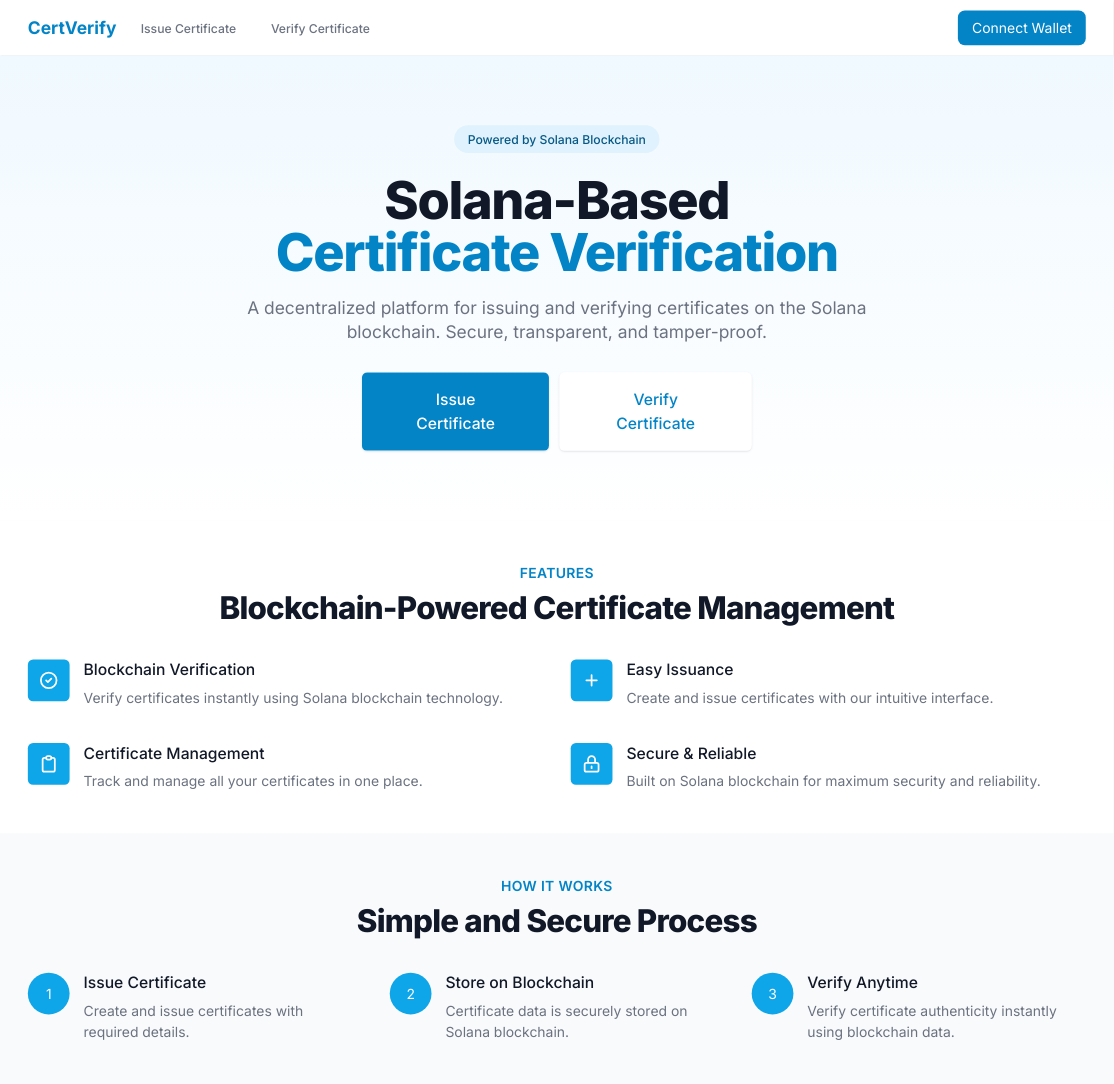
Repository: Cheeyan902/FYP-WebApp
Page: /
These files come from the project's save history. The page is drawn as it stood at one moment and after a run of saves; the edit follows.
The browser window is 1280 px wide. The pictures show the whole page, at 87% of full size.
The project was rebuilt for these pictures with package versions that can differ from the ones it lists, and the page was loaded fresh each time. The framework's server and built-in components were replaced by stand-ins that run in the browser. Also part of the build but not shown: next.config.js.

Above is the page before, as saved 2025-04-02 17:37:35.

After the next 2 saves:
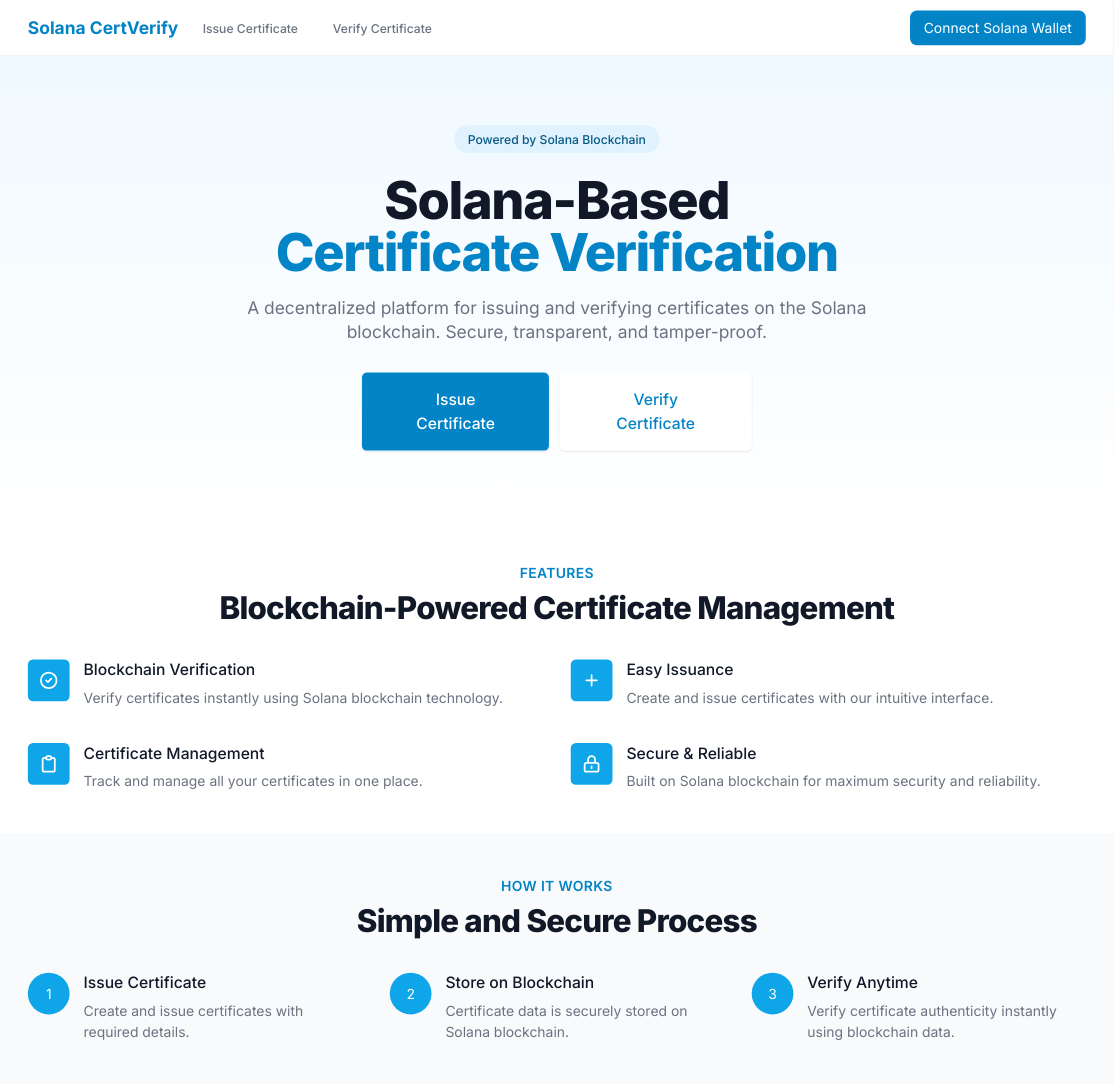
The 2 saves are shown as one change because they came seconds apart.
The last was saved 26 s later.
--- a/app/components/Navigation.tsx
+++ b/app/components/Navigation.tsx
@@ -16,8 +16,8 @@
         <div className="flex justify-between h-16">
           <div className="flex">
             <div className="flex-shrink-0 flex items-center">
-              <Link href="/" className="text-xl font-bold text-primary-600">
-                CertVerify
+              <Link href="/" className="flex items-center">
+                <span className="text-xl font-bold text-primary-600">Solana CertVerify</span>
               </Link>
             </div>
             <div className="hidden sm:ml-6 sm:flex sm:space-x-8">
@@ -45,7 +45,7 @@
           </div>
           <div className="hidden sm:ml-6 sm:flex sm:items-center">
             <button className="btn-primary">
-              Connect Wallet
+              Connect Solana Wallet
             </button>
           </div>
           <div className="-mr-2 flex items-center sm:hidden">
@@ -101,7 +101,7 @@
         <div className="pt-4 pb-3 border-t border-gray-200">
           <div className="px-4">
             <button className="btn-primary w-full">
-              Connect Wallet
+              Connect Solana Wallet
             </button>
           </div>
         </div>
